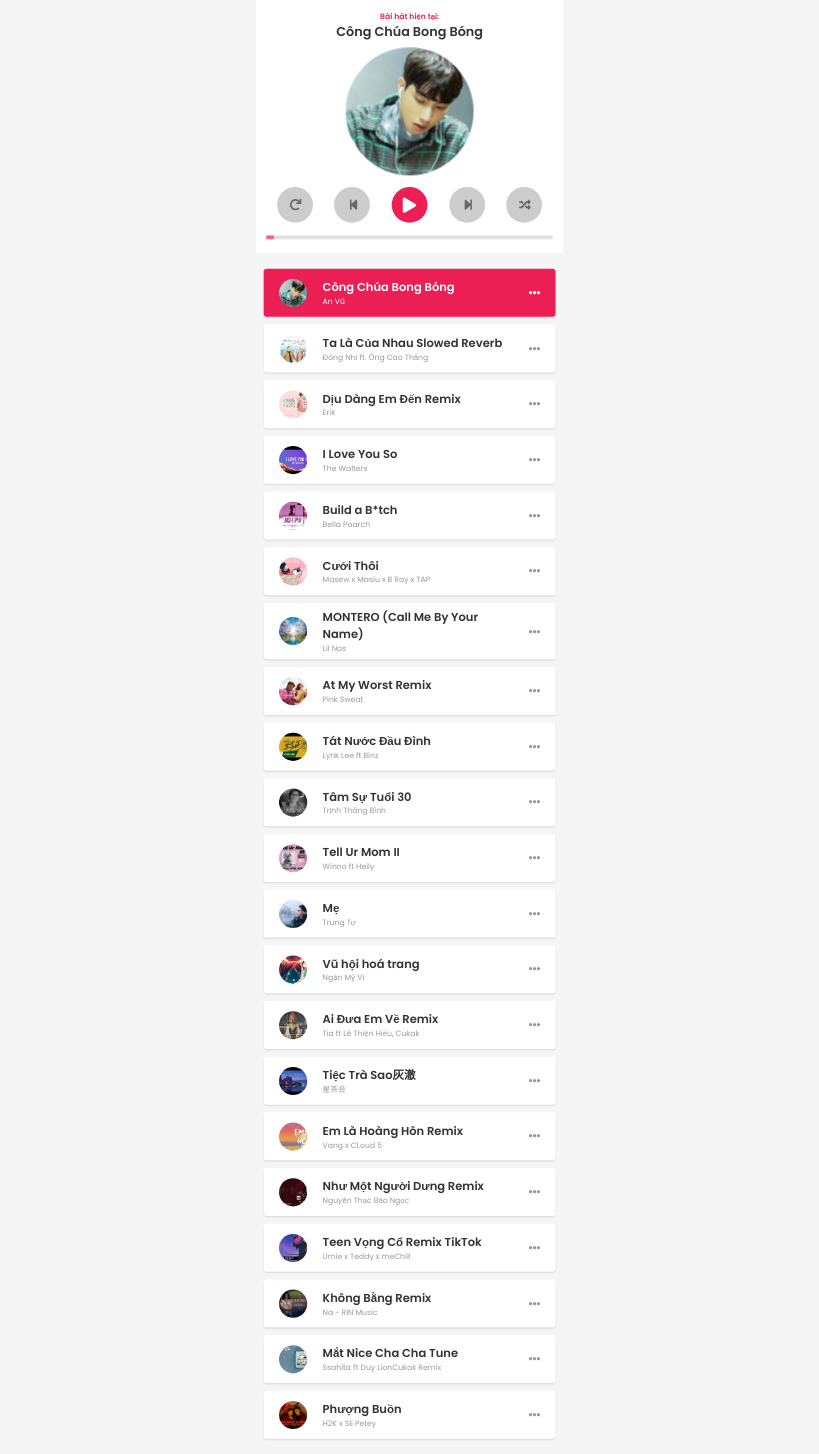
Repository: hopcodedao/music
Page: index.html
An editor plug-in stored every save of this project. The page is shown before and after the next save, followed by the edit.
The browser window is 1280 px wide. The pictures show the whole page, at 64% of full size.

Above is the page before, as saved 2022-07-09 10:46:49.
Console error: ReferenceError: _this is not defined

After the next save:
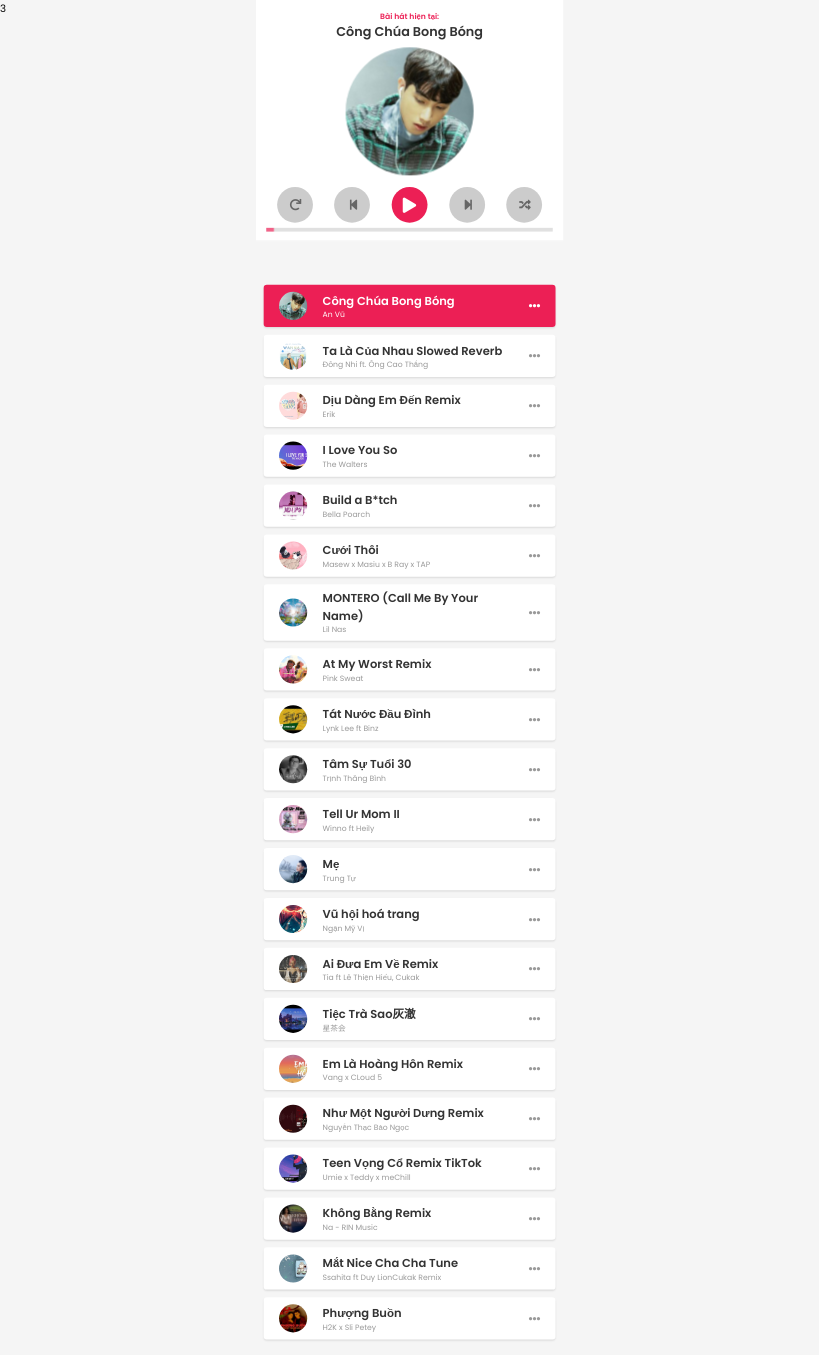
Saved 59 days later.
--- a/index.html
+++ b/index.html
@@ -1,4 +1,4 @@
-<!DOCTYPE html>
+3<!DOCTYPE html>
 <html lang="en">
 <head>
   <meta charset="UTF-8">
